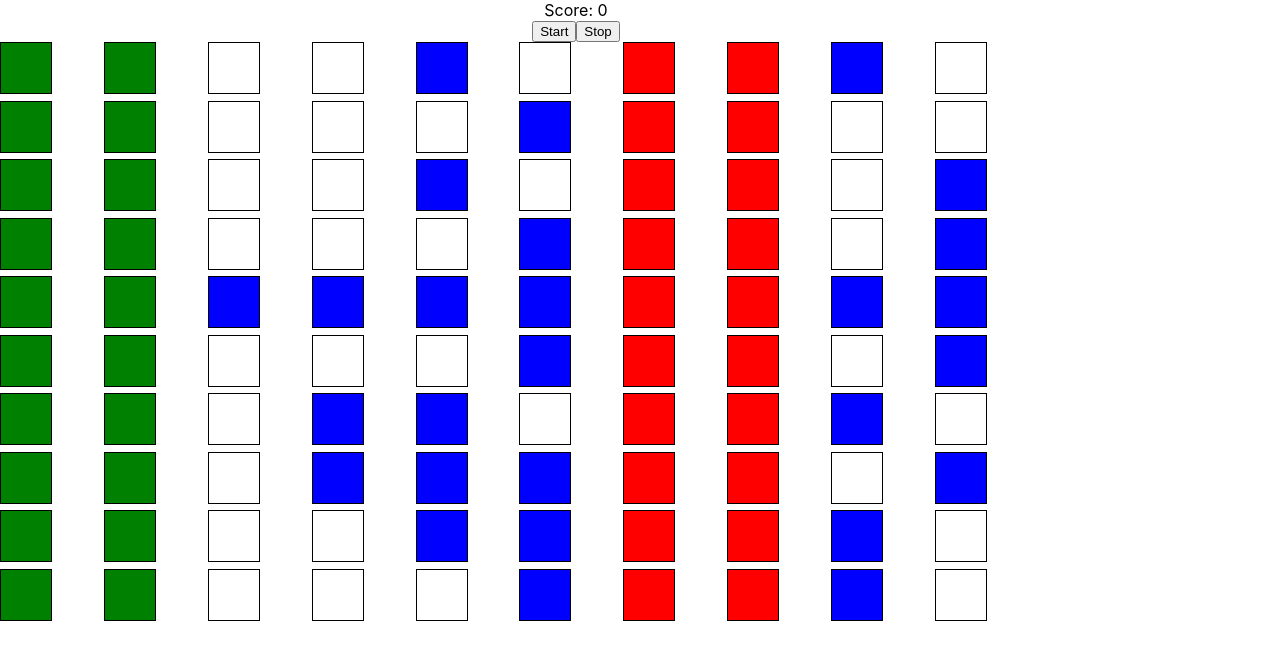
Repository: drumsmanku/grid-game
Page: / (app in client/)
An editor plug-in stored every save of this project. The page is shown before and after the next save, followed by the edit.
The browser window is 1280 px wide. The pictures show the whole page.
The project was rebuilt for these pictures with package versions that can differ from the ones it lists, and the page was loaded fresh each time. Also part of the build but not shown: client/src/App.css.

Above is the page before, as saved 2024-03-22 20:59:08.

After the next save:
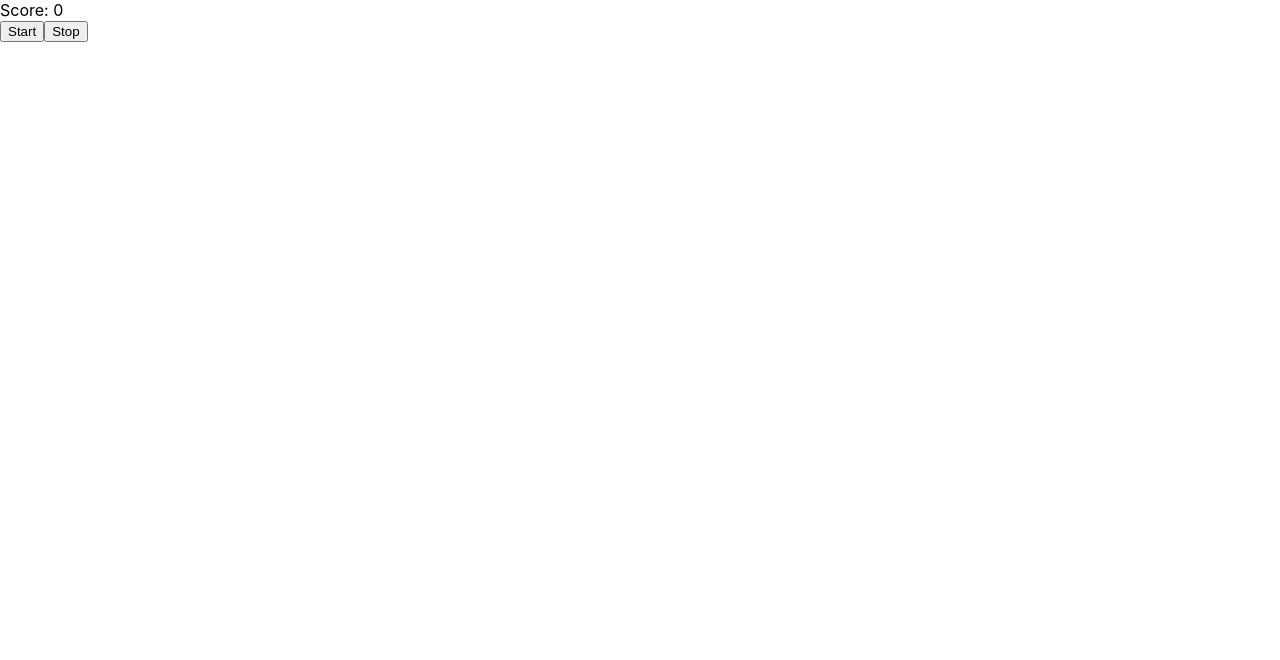
Saved 23 s later.
--- a/client/src/components/Grid.js
+++ b/client/src/components/Grid.js
@@ -1,22 +1,33 @@
 import React, { useState } from 'react';
-import './Grid.css';
+import './App.css';
 
-const Grid = () => {
+const App = () => {
   const [gameState, setGameState] = useState({
     score: 0,
     isRunning: false,
+    redColumnPosition: 0, // New state to track the position of the red columns
   });
 
-  // Function to start the game
+  // Function to start the game and move the red columns
   const startGame = () => {
     setGameState({ ...gameState, isRunning: true });
-    // Additional logic to start animation
+    // Start moving the red columns
+    const intervalId = setInterval(() => {
+      setGameState((prevState) => {
+        // Stop the columns before the first two green columns
+        if (prevState.redColumnPosition >= 8) {
+          clearInterval(intervalId);
+          return prevState;
+        }
+        return { ...prevState, redColumnPosition: prevState.redColumnPosition + 1 };
+      });
+    }, 250); // Adjust the interval for speed control
   };
 
   // Function to stop the game
   const stopGame = () => {
     setGameState({ ...gameState, isRunning: false });
-    // Additional logic to stop animation
+    clearInterval(gameState.intervalId); // Clear the interval to stop the columns
   };
 
   // Function to handle box click
@@ -34,15 +45,20 @@
     let grid = [];
     for (let i = 0; i < 100; i++) {
       let color = 'empty';
+      let className = 'box';
       if (i % 10 < 2) color = 'green';
       else if (i % 10 >= 2 && i % 10 < 6) color = Math.random() < 0.5 ? 'blue' : 'empty';
-      else if (i % 10 >= 6 && i % 10 < 8) color = 'red';
+      else if (i % 10 >= 6 && i % 10 < 8) {
+        color = 'red';
+        // Apply the moving class to the red columns based on their position
+        className += gameState.redColumnPosition === i % 10 ? ' red-column' : '';
+      }
       else if (i % 10 >= 8) color = Math.random() < 0.5 ? 'blue' : 'empty';
 
       grid.push(
         <div
           key={i}
-          className={`box ${color}`}
+          className={`${className} ${color}`}
           onClick={() => handleBoxClick(color)}
         ></div>
       );
@@ -60,4 +76,4 @@
   );
 };
 
-export default Grid;
+export default App;

After the save that followed:
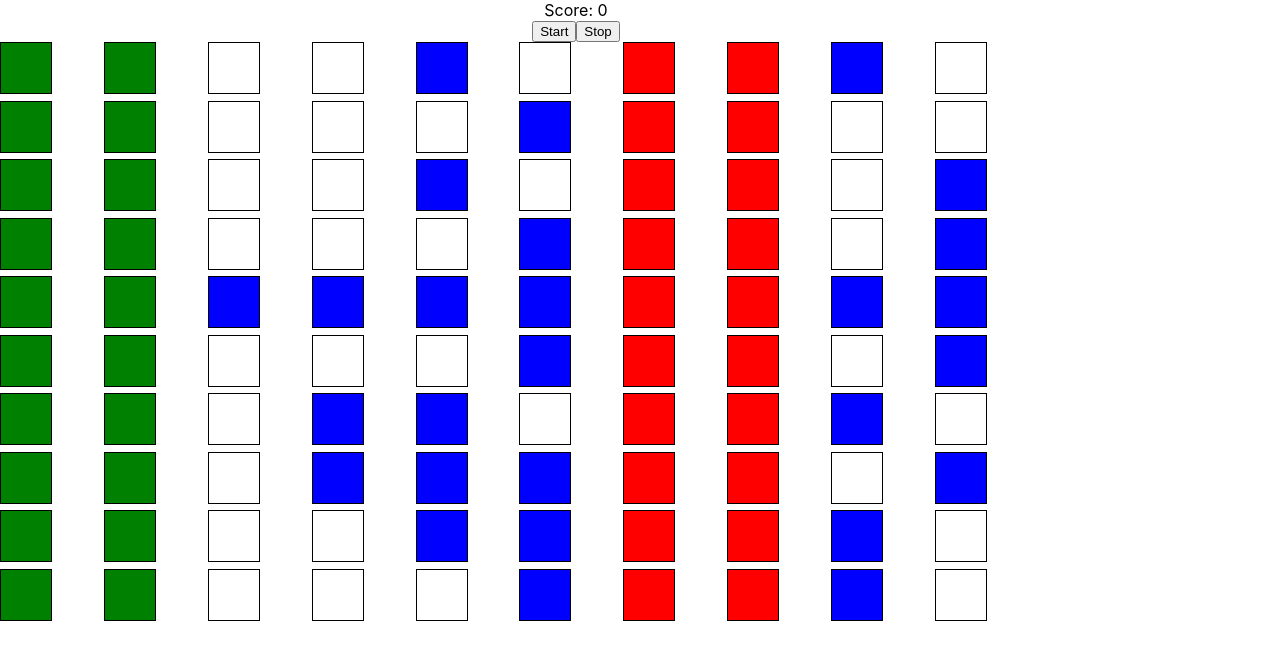
Saved 20 s later.
--- a/client/src/components/Grid.js
+++ b/client/src/components/Grid.js
@@ -1,7 +1,7 @@
 import React, { useState } from 'react';
-import './App.css';
+import './Grid.css';
 
-const App = () => {
+const Grid = () => {
   const [gameState, setGameState] = useState({
     score: 0,
     isRunning: false,
@@ -76,4 +76,4 @@
   );
 };
 
-export default App;
+export default Grid;
